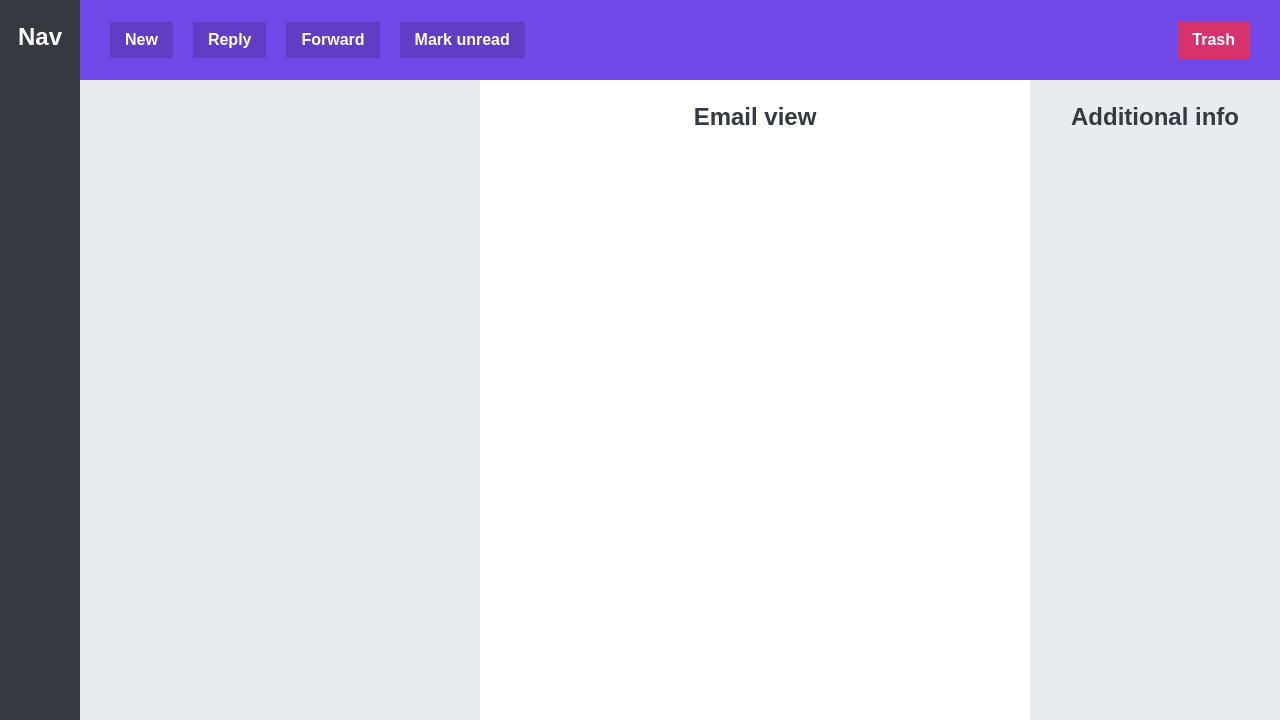
Repository: Ahmed123rezk123/06-Components
Page: app-layout.html
The author's editor kept a copy of each file at every save. The page is drawn from the files as they stood at one save, then again after the next save.
The browser window is 1280 px wide. The pictures show the whole page.

Above is the page before, as saved 2024-09-18 10:44:53.

### app-layout.html
<!DOCTYPE html>
<html lang="en">
  <head>
    <meta charset="UTF-8" />
    <meta name="viewport" content="width=device-width, initial-scale=1.0" />
    <link rel="preconnect" href="https://fonts.gstatic.com" />
    <link rel="preconnect" href="https://fonts.googleapis.com" />
    <link rel="preconnect" href="https://fonts.gstatic.com" crossorigin />
    <link
      href="https://fonts.googleapis.com/css2?family=Hanken+Grotesk:ital,wght@0,100..900;1,100..900&display=swap"
      rel="stylesheet"
    />
    <style>
      * {
        margin: 0;
        padding: 0;
        box-sizing: border-box;
      }

      body {
        font-family: sans-serif;
        /* font-family: "Hanken Grotesk", system-ui; */
        /* color: #343a40;
        background-color: #f8f9fa; */
        line-height: 1;
        display: grid;
        height: 100vh;
        grid-template-columns: 80px 400px 1fr 250px;
        grid-template-rows: 80px 1fr;
        text-align: center;
        font-size: 24px;
        font-weight: bold;
        color: #343a40;
      }
      nav,
      menu,
      section,
      main,
      aside {
        padding: 25px 0;
      }
      nav {
        background-color: #343a40;
        grid-row: 1 / -1;
        color: #fff;
      }
      menu {
        background-color: #7048e8;
        grid-column: 2 / -1;
        position: relative;
        display: flex;
        justify-content: space-between;
        align-items: center;
        padding: 0 30px;
      }
      menu ul {
        list-style: none;
        display: flex;
        align-items: center;
        gap: 20px;
      }
      menu ul li {
        color: #fff;
        background-color: #5f3dc4;
        padding: 10px 15px;
        /* border-radius: 5px; */
        cursor: pointer;
        font-size: 16px;
      }
      menu .btn {
        padding: 10px 15px;
        color: #fff;
        background-color: #d6336c;
        border: none;
        font-weight: bold;
        font-size: 16px;
        cursor: pointer;
      }
      section {
        background-color: #e9ecef;
      }
      main {
      }
      aside {
        background-color: #e9ecef;
      }
    </style>
    <title>App</title>
  </head>
  <body>
    <nav>Nav</nav>
    <menu>
      <ul>
        <li>New</li>
        <li>Reply</li>
        <li>Forward</li>
        <li>Mark unread</li>
      </ul>
      <button class="btn">Trash</button>
    </menu>
    <section></section>
    <main>Email view</main>
    <aside>Additional info</aside>
  </body>
</html>

After the next save:
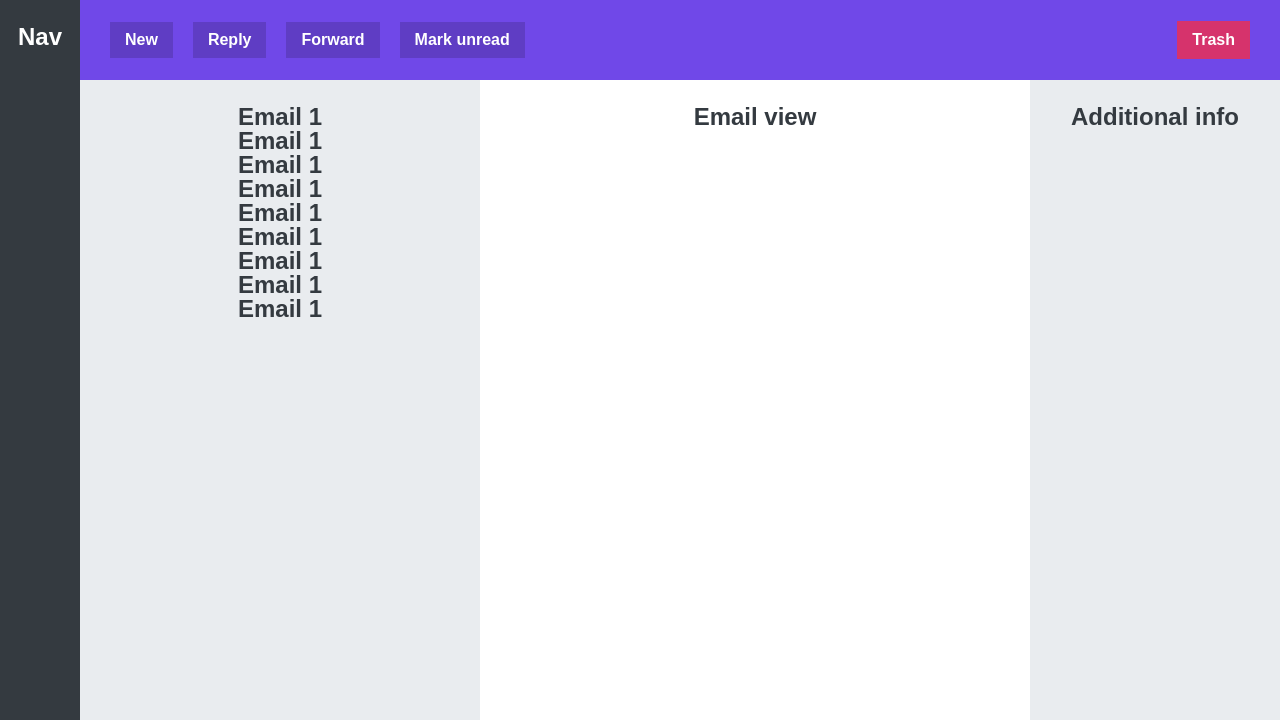
Saved 34 s later.
--- a/app-layout.html
+++ b/app-layout.html
@@ -98,7 +98,17 @@
       </ul>
       <button class="btn">Trash</button>
     </menu>
-    <section></section>
+    <section>
+      <div>Email 1</div>
+      <div>Email 1</div>
+      <div>Email 1</div>
+      <div>Email 1</div>
+      <div>Email 1</div>
+      <div>Email 1</div>
+      <div>Email 1</div>
+      <div>Email 1</div>
+      <div>Email 1</div>
+    </section>
     <main>Email view</main>
     <aside>Additional info</aside>
   </body>
